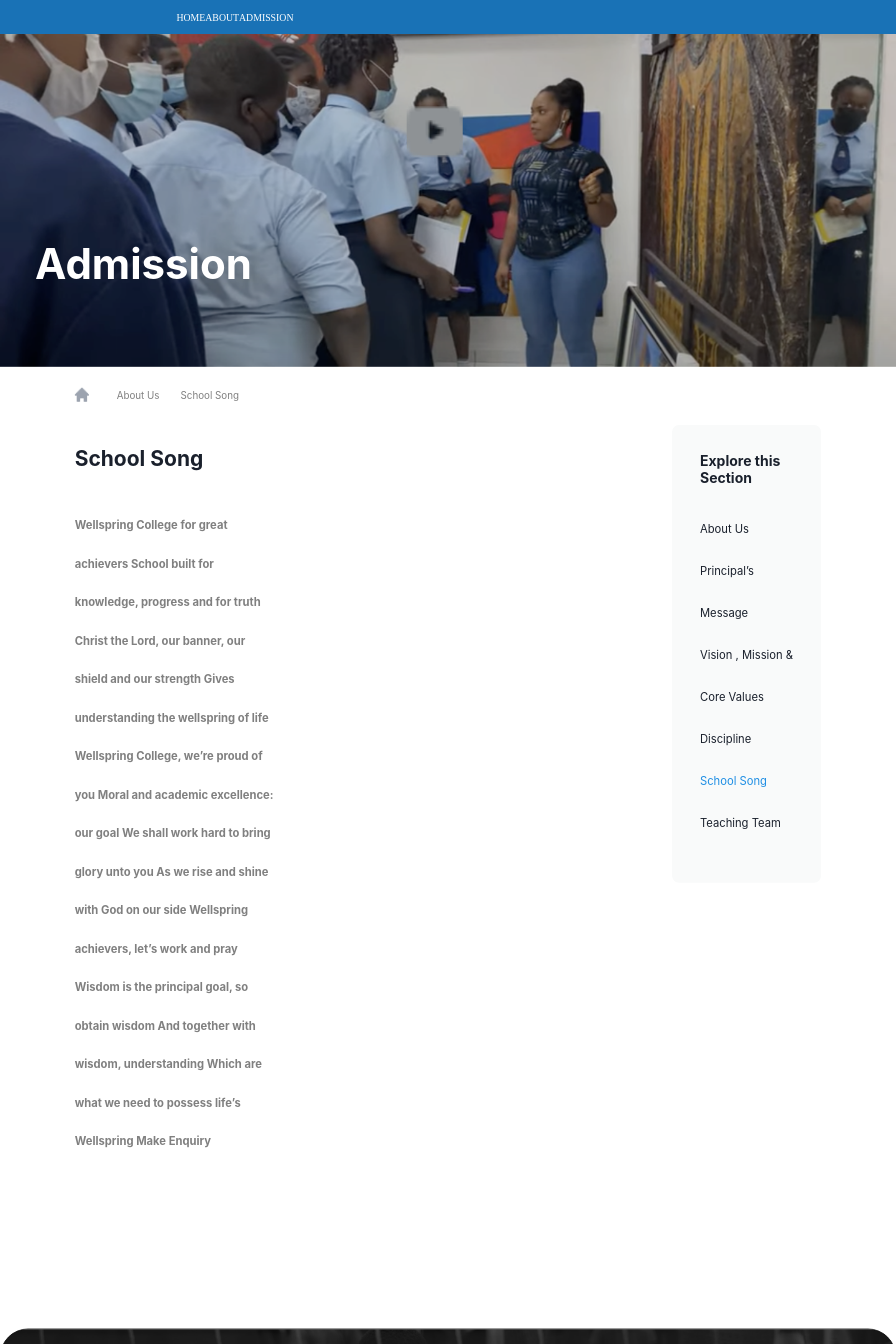
Repository: gr8skills/wellspring-school-forked
Page: /admission
The author's editor kept a copy of each file at every save. The page is drawn from the files as they stood at one save, then again after the next save.
The browser window is 1280 px wide. The pictures show the part of the page from y = 0 to 1920 px (the page is 2784 px tall), at 70% of full size.
The project was rebuilt for these pictures with package versions that can differ from the ones it lists, and the page was loaded fresh each time. Also part of the build but not shown: src/components/Navbar/Dropdown.scss, src/components/Navbar/Dropdown.js, src/components/Testimonials/Testimonials.js, src/components/Calendar/Calendar.js, src/components/News/News.js, src/components/WhyWellspring/_why-wellspring.scss, src/components/WhyWellspring/WhyWellspring.js, src/components/AppTab/AppTab.js and 9 more.

Above is the page before, as saved 2022-12-06 17:36:07.

### src/index.css
body {
  /* margin: 0;
  font-family: -apple-system, BlinkMacSystemFont, 'Segoe UI', 'Roboto', 'Oxygen',
    'Ubuntu', 'Cantarell', 'Fira Sans', 'Droid Sans', 'Helvetica Neue',
    sans-serif;
  -webkit-font-smoothing: antialiased;
  -moz-osx-font-smoothing: grayscale; */
}

/* code {
  font-family: source-code-pro, Menlo, Monaco, Consolas, 'Courier New',
    monospace;
} */

### src/App.css
body{
}

.App {
  text-align: center;
    background-color:black;

}

.App-logo {
  height: 40vmin;
  pointer-events: none;
}

@media (prefers-reduced-motion: no-preference) {
  .App-logo {
    animation: App-logo-spin infinite 20s linear;
  }
}


@keyframes App-logo-spin {
  from {
    transform: rotate(0deg);
  }
  to {
    transform: rotate(360deg);
  }
}

### src/pages/Admission/Admission.js
import Banner from "../../assets/admission.png";
import Home from "../../assets/home.png";
import VideoIcon from "../../assets/vid.png";

import Dot from "../../assets/yellow.png";
import { Heading } from "@chakra-ui/react";
import { Link } from "react-router-dom";

import "./_admission.scss";
import { StayConnected } from "../../components/StayConnected/StayConnected";
export const Admission = () => {
  return (
    <>
      <div className="col-md-12 holder">
        <img className="col-md-12 imgCaro" src={Banner} alt="Scholar" />
        <div className="overlay">
          <div className="videoIcon">
            {" "}
            <img className="col-md-1" src={VideoIcon} alt="Scholar" />
          </div>
          <Heading size="3xl">Admission</Heading>
        </div>
      </div>
      <div className="flexy breadcrumb">
        <div className="col-md-1">&nbsp;</div>
        <a href="#">
          <img className="col-md-12 home-icon" src={Home} alt="Scholar" />
        </a>
        <p>About Us</p>
        <p>School Song</p>
      </div>
      <div className="col-md-12 flexy school-song">
        <div className="col-md-1">&nbsp;</div>
        <div className="page-body col-md-8 ">
          <div className="col-md-4">
            <Heading size="lg" mb="50px" mt="30px">
              School Song
            </Heading>
            <p style={{ lineHeight: "55px" }}>
              Wellspring College for great achievers School built for knowledge,
              progress and for truth Christ the Lord, our banner, our shield and
              our strength Gives understanding the wellspring of life Wellspring
              College, we’re proud of you Moral and academic excellence: our
              goal We shall work hard to bring glory unto you As we rise and
              shine with God on our side Wellspring achievers, let’s work and
              pray Wisdom is the principal goal, so obtain wisdom And together
              with wisdom, understanding Which are what we need to possess
              life’s Wellspring Make Enquiry
            </p>
          </div>
        </div>
        <div className="col-md-2 side-menu">
          <Heading size="md" mb="30px">
            Explore this Section
          </Heading>

          <ul className="list-unstyled">
            <li>
              <Link to={"/about-us"}>About Us</Link>
            </li>
            <li>
              <Link to={"/proprietor-message"}> Principal’s Message</Link>
            </li>
            <li>
              <Link to={"/vision"}>Vision , Mission & Core Values</Link>
            </li>
            <li>
              <Link to={"/discipline"}>Discipline</Link>
            </li>{" "}
            <li className="active">
              <Link to={"/school-song"}>School Song</Link>
            </li>{" "}
            <li>
              <Link to={"/teaching-team"}>Teaching Team</Link>
            </li>
          </ul>
        </div>
      </div>

      <StayConnected />
    </>
  );
};

### src/components/Navbar/NavBar.module.css


.navCont{
    position: relative;
    /* display: flex; */
    width:25%;
    /* justify-content: space-between; */
    /* margin: 0 auto; */
    /* max-height: 5rem; */
    padding-left:220px;

}

.nav-links{
    font-size:10px !important;
}


.imgCont{
    position: relative;
}

/* .imgContent{
    position: absolute;
    z-index: 1;
    height: 6vw;

} */

/* .btnPortal{
    background-color: #4CA14900;
    color: #fff;
    height: 2.5rem;
    width: 7rem;
    font-size: 18px;
    border-radius: 5px;
    position: relative;
    outline: 0;
    border: 0;
    transition: 1.5s scale linear;
} */

/* .btnPortal:focus{
    outline: 0;
    border: 0;
} */

/* .btnPortal:hover{
    transform: scale(1.02);
    background-color: #4CA149CF;
} */

/* .fIcon{
    width: 30px;
    height: 30px;
    padding: 5px 5px;
    transform: translate(-6px, -1px);
} */

/* @media screen and (max-width: 960px) {
    .navCont{
        position: relative;
        display: flex;
        width: 100%;
        justify-content: space-between;
        margin: 0 auto;
        max-height: 5rem;

    }

    .imgContent{
        position: absolute;
        z-index: 1;
        height: 16vw;

    }

}


 */

### src/components/Navbar/_navbar.scss
@import "../../variables";





.navContainer{
    background:$themecolor;
    min-height: 3rem;
    position: fixed;
    z-index: 1;
    right: 0;
    width: 100%;
    top: 0;
    @media screen and (max-width:620px){
        display:none;
    }
}


.nav-list{
    display: flex;
    max-width: 70%;
    width: 70%;
    justify-content: space-between;
    list-style: none;
    color: #fff;
    font-family: monserat;
    transform: translateY(54%);
    margin: 0 !important;
}

.nav-list li{
    line-height: 25px;
    text-align: center;
    margin: 0;
    font-size: 14px;

}

/* .nav-list li a{
    color: #fff;
} */


.nav-item {
    height: auto;
    justify-content: center;
    display: flex;
}

.menu-icon{
    display: none;
}




.nav-links {
    color: #fff;
    display: flex;
    align-items: center;
    text-decoration: none;
    height: 100%;
    transition: all 0.2s ease-out;

}

.nav-links:hover {
    background-color: #fff;
    text-decoration: none;
    // padding:5px;
    color:$themecolor;
}


@media screen and (max-width: 600px) {
    .ph{
        display: none;
    }

@media screen and (max-width: 960px) {
    .nav-list{
        display: none;
    }
}

    .menu-icon{
        display: block;
    }

    .nav-list{
        display: flex;
        flex-direction: column;
        position: absolute;
        height: 42rem;
        width: 100%;
        max-width: 100% !important;
        top: 48px;
        transform: translateY(4%);
        /* z-index: 999; */
        opacity: 1;
        right: -100%;
        transition: all .5s linear;
    background-color: #4CA149;

    }
.mainMenu li a{
    line-height:20px !important;

}
    .nav-list.active{
        transition: all 0.3s ease-out;
        visibility: visible;
        transition: all .5s linear;
        right: 0;
        /* z-index: 1; */
    }

    .nav-list.active li {
        font-size: 4vw;
        position: relative;
        margin: 30px 0;
    }


    .fa-times{
        position: relative;
        float: right;
        width: 100%;
    }

    .fa-times, .fa-bars{
        font-size: 40px;
        color: #feed00;
        transition: all 1.5ms linear;
        transform: translate(-29px, 17px);

    }
.nav-links{
    display:none;
}
}




@media screen and (min-width: 960px) {
    .wrapper{
        display:none;
    }
}



/*for sidenav*/




.ph:hover{
    background-color:rgb(255, 165, 0) !important;
    opacity:1 !important
}
.wrapper{
    position: absolute;
    top: 50%;
    left: 50%;
    transform: translate(-50%, -50%);

}
.mainMenu{
    width: 250px;
    display: block;
    border-radius: 10px;
    overflow: hidden;
}
.mainMenu a{
  font-size:20px !important;
  font-weight:bold !important;
      font-family: monserat;
      /* margin-bottom:-20px; */
}
.item{
    border-top: 1px solid orange;
    overflow: hidden;
margin: top 0;
line-height: 20px !important;
}
.btn{
    display: block;
    padding: 15px 20px;
    color: #fff;
    position: relative;
    padding-left:5px !important;
    /* text-align:left !important; */

}
.btn:before{
    content: '';
    position: absolute;
    width: 0;
    height: 0;
    border-left: 8px solid transparent;
    border-right:8px solid transparent;
    /* border-top:10px solid rgba(0,128,0,0.9); */
    right: 15px;
    bottom: -10px;
    z-index: 9;

}
.btn i {
    margin-right: 7px;
    margin-left: -5px;
    font-size: 13px;
}
.subMenu{
    /* background:#A3DA8D !important; */
      overflow: hidden;
        /* background:rgba(78,161,73, 0.1)!important; */
        background:rgba(178,161,173, 0.1)!important;

    transition: max-height 0.7s;
max-height: 0;
z-index:300000000 !important;
position:relative !important;

}
.subMenu a{
    display: block;
    /* padding: 5px 10px !important; */
    color: #fff !important;
    font-size: 14px !important;
    border-bottom: 1px solid #394c7f;
    position: relative;
    margin-top:5px !important;


}
.subMenu a:before{
    content: '';
    opacity: 0;
    transition: opacity 0.3s;

}
.subMenu a:hover:before{
    content: '';
    position: absolute;
    height: 0;
    width: 6px;
    left: 0;
    top:0;
    opacity: 1;
    /* background-color: #d8d824; */
    border-top: 24px solid transparent;
    border-left: 11px solid #ffffff;
    border-bottom: 24px solid transparent;
}
.subMenu a:after{
    content: '';
    opacity: 0;
    transition: opacity 0.3s;

}
.subMenu a:hover:after{
    content: '';
    position: absolute;
    height: 0;
    width: 6px;
    right: 0px;
    top:0;
    opacity: 1;
    /* background-color: #d8d824; */
    border-top: 24px solid transparent;
    border-right: 11px solid #ffffff;
    border-bottom: 24px solid transparent;
}
.subMenu a:hover{
   background-color:orange;
    transition: all 0.3s;
    border-bottom: 2px solid #394c7f;
}
.subMenu a:last-child{
    border:none;
}
.item:target .subMenu{
    max-height: 300px;
        /* transition: max-height 0.7s !important; */

}

.login{
  background-color:#ED2f59;
  padding:5px 14px 5px 14px !important;
  border-radius:5px;
margin-right:55px;
margin-left:30px;
font-family: 'Poppins', sans-serif;

  }



.portal{
  background-color:rgb(221, 156, 35);
  /* padding:7px; */
  width:120px;
  margin-left:50px;
  border-radius:5px;
 padding:7px !important;
 font-size:5px !important;
 color:white !important;
    /* padding-bottom:6px !important; */
  margin-top:20px !important;
   font-size:11px !important;
      text-decoration: none;

  }

  .portal a{

  }

### src/components/Footer/_footer.scss
@import "../../shared-styles";
@import "../../variables";



.footer-container{
    padding:50px;
    height:fit-content;
    background-color:#F5F5F6;
    ul li{
        margin:20px;
    }
    .footer-contacts{
        img{width:30px; margin-right:20px}
        h1{margin-top:20px;
        font-size:15px;}
    }
    .footer-links{
        p{margin-top:30px;
        font-size:14px;
    color:grey;
font-weight:bold;
margin-bottom:20px;}
    }
    ol li{
       width:33px;
       img{
        width:25px !important;
        margin-top:20px;
       }
    }
    .educare{
        margin-top:20px;
        p{font-size:12px;
        color:grey;
    margin-top:10px;
margin-right:5px;}
            img{width:100px;}

    }
}

### src/pages/AboutUs/_about-us.scss
@import "../../shared-styles";
@import "../../variables";


.holder2 {
  position: relative;
  img{border-radius: 10px;}
    // background-image: url("../../assets/orange-arrow2.png");
  // background-repeat: no-repeat;
  // background-size: 60px;
  // background-position: 50% 50%;
  // position: relative;
  // z-index:10000000;
  // display:none;

}

/* Make the image to responsive */
.image {
  display: block;
  width: 100%;
  height: auto;
}

/* The overlay effect - lays on top of the container and over the image */
.overlay2 {
  position: absolute;
 bottom:134px;
  color: #f1f1f1;
  width: 60%;
  opacity:1;
  color: white;
  font-size: 27px !important;
  // padding: 40px ;
  text-align:center !important;left:10%;
  @media screen and (max-width:620px){
    left:16%;
     font-size: 30px !important;
  }



}
@media screen and (max-width:620px){
  .link-imgs{
    padding:20px;
  }
  .holder2{
        margin-top:20px;

  }.holder-up{
        margin-top:-70px;

  }
}

### src/pages/ProprietorMessage/_message.scss
@import "../../shared-styles";
@import "../../variables";


.message{
  span{color:$themecolor2;}
  strong{font-size:20px;
  color:rgb(98, 97, 97);}
  .message-paragraph{margin-left: 30px; margin-top: 98px;
  @media screen and (max-width:620px){
    margin-left: 0px;
  }
  }
  img{border-radius:10px;}
}

### src/pages/Vision/_vision.scss
@import "../../shared-styles";
@import "../../variables";


.vision{
  img{
    height:10px;
    width:10px;
    margin:17px 10px;
  }
  ul li{
   line-height:45px;
  }
  ul{
    margin-right:50px;
       margin-bottom:40px;

  }
}

### src/pages/Discipline/_discipline.scss
@import "../../shared-styles";
@import "../../variables";


.discipline{
 p{margin-bottom:140px;}
}

### src/pages/SchoolSong/_school-song.scss
@import "../../shared-styles";
@import "../../variables";


.school-song{
 p{margin-bottom:140px;
line-height: 55px;}
}

### src/pages/TeachingTeam/_teaching-team.scss
@import "../../shared-styles";
@import "../../variables";


.school-song{
 p{margin-bottom:140px;
line-height: 55px;}
}

### src/pages/Admission/_admission.scss
@import "../../shared-styles";
@import "../../variables";


.videoIcon{
    margin-left:45%;
    margin-bottom:10%;
 img{
    height:80px;
    width:80px;

 }
}

### src/_variables.scss
$themecolor:#1972B6;
$themecolor2:rgb(32,143,228);

### src/components/Testimonials/_testimonials.scss
@import "../../variables";
@import "../../shared-styles";




.testimonial{
    margin-top:100px;
    small{
font-weight:bold;}
.testimonial-massage{
 margin-top:80px;

    margin-left:60px;
    p{line-height:35px;
    margin-top:40px;
    }

}
strong{font-size:20px;
background-color:$themecolor2;
color:white;
padding:2px 7px;
margin-left: 10px;
border-radius:3px}
}
 .carousel {
    position: relative;
    z-index: 0;

}
.carousel-inner {
    position: relative;
    width: 100%;
    overflow: hidden;
          border-radius:20px !important;;

}

.carousel-indicators > button.active {
    opacity: 1;
    max-width: 14px !important;
    max-height:14px  !important;
    min-width: 14px !important;
    min-height:14px  !important;
    background-color: green !important;
    border-color: #fff !important;
    outline: none;
    border: none;
    border-radius: 7px !important;

}

.carousel-indicators button{
    max-width: 14px !important;
    max-height: 14px !important;
    min-width: 14px !important;
    min-height: 14px !important;
    margin: 3px 5px !important;
    border-radius: 7px !important;
    background-color: red!important;
    border: 1px solid #fff !important;
    transition: all .5s linear ;

}

.carousel-indicators button:focus{
        outline:0;
        border-color: #4287BD;
}
.carousel-indicators  {
    position: absolute;
    right: 0;
    bottom: 10px;
    left: 0;
    z-index: 15;
    display: flex;
    flex-direction: row;
    height: 100%;
    justify-content: center;
    padding-left: 0;
    margin-right: 0;
    margin-left: 1vw;
    list-style: none;
    outline: none;
    border: none;
}

.carousel-control-next {
 left: 9vw;
     transform: rotate(180deg);
    position: absolute;
    margin-top: 35% !important;
    justify-content: right !important;
    height: 10px;
    width: 18px !important;
    font-size: 50px;

}
.carousel-control-prev {
    left: 1.5vw;
    transform: rotate(180deg) !important;
    position: absolute;
    margin-top: 35% !important;
    justify-content: right !important;
    height: 10px;
    font-size: 50px;
    width: 20px !important;

}
.carousel-control-prev::after{
    content: url('../../assets/arrow-right.png');

    z-index: 10000000000;
    margin-right: 70px;
    width: 20px;
    height: 80px;
}
.carousel-control-next::after{
    content: url('../../assets/arrow-left.png');
    font-size: 54px;
    z-index: 1000000000000000000000000000;
    position:relative;
    right: 0 !important;
    width: 20px;
    height: 80px;

}

### src/_shared-styles.scss
@import "./variables";


@media screen and (max-width:620px){
    .flexyM{
        display:flex;
    }
    .side-menu{
        display:none !important;
    }
    .page-body{padding:20px;}
}
@media screen and (min-width:620px){
    .flexy{
        display:flex;
    }
    .spread{
        display:flex;
    }
}

.side-menu{
    height:fit-content;
    padding:40px;
    background-color:#F9FAFA;
    border-radius: 10px;
    ul li{
        line-height:60px;
       &:hover{
        color:$themecolor2 !important;
       }
    }
   .active{color:$themecolor2 !important;}
}



* {box-sizing: border-box}

/* Container needed to position the overlay. Adjust the width as needed */
.holder {
  position: relative;
  width: 100%;
}

/* Make the image to responsive */
.image {
  display: block;
  width: 100%;
  height: auto;
}

/* The overlay effect - lays on top of the container and over the image */
.overlay {
  position: absolute;
  bottom: 60px;

  color: #f1f1f1;
  width: 100%;
  opacity:1;
  color: white;
  font-size: 20px;
  padding: 50px;
  text-align:left;
}

.home-icon{
    height:20px;
    width:20px;
    margin-right:40px;
}
.breadcrumb{
margin-top:30px;
p{color:grey; font-size:14px; margin-right:30px}
}
.page-body{
  p{font-weight:700;
  color:grey;
line-height:35px}
}

### src/components/AppButton/_app-button.scss
@import "../../shared-styles";
@import "./overides";
@import "../../variables";

.app-button{
    background-color:$themecolor2;
    color:white;
    padding:10px 45px;
    font-weight:bold;
    border-radius:10px;
}

### src/components/Calendar/_calendar.scss
@import "../../shared-styles";
@import "../../variables";



.calendar-container{
            text-align:center;
border-right:solid 1px rgb(202, 200, 200);
    .calendar-box{
background-color:$themecolor2;
height:100px;
width:110px;
border-radius: 10px;
color:#fff;
    text-align: center;
    padding:10px 0;
margin-left:40px;
margin-bottom:30px;

    }
    p{
        color:grey;
        margin-top:20px;
    }
    .calendar-day{
        font-size:35px;
    }
    .calendar-description{
        font-size:20px;
        text-align:center;
    }
}

### src/components/News/_news.scss
@import "../../shared-styles";
@import "../../variables";
.news-container{
    .news-img{
     margin-bottom:40px;
     margin-top:40px;

    }
    img{
        width:100%;
        border-radius: 10px;


    }
    .news-description{
        margin-left:30px;
        h6{
            color:grey;margin-top:40px;
        }
        p{line-height: 35px;
        font-size:20px;
    }
    }
    .read-more-link{
        color:$themecolor;
        margin-top:50px;
    }
}

### src/components/AppTab/_app-tab.scss
@import "../../shared-styles";
@import "./overides";
@import "../../variables";

### src/components/Form/_form.scss
@import "../../shared-styles";
@import "../../variables";
@import "./overides";

### src/components/SearchBar/_search-bar.scss
.visually-hidden {
    clip: rect(0 0 0 0);
    clip-path: inset(50%);
    height: 1px;
    overflow: hidden;
    position: absolute;
    white-space: nowrap;
    width: 1px;
}

input{
    background-color: rgb(239, 243, 248) !important;
    padding:7px !important;
    margin-top:20px !important;border-radius: 5px !important;
}

### src/components/StayConnected/_stay-connected.scss

.connected{
    margin-top:100px;
 border:solid 1px black;
  background-image: url("../../assets/connected-bg.png");
  background-repeat: no-repeat;
  background-size: cover;
  padding: 40px 10px;
  color:white;
  border-radius:40px;
  // margin-right:30px;
  // margin-left:60px;
  text-align:center;
      .channel{
        background-color:white;
        color:black;
        padding:10px 20px;
        height:fit-content;
        border-radius: 15px;
        margin-top:40px;
      }
      img{width:70%;
    height:100%;
  border-radius:10px;
}
}

.socials{
    margin-top: 40px;
    padding-left: 40px;
    text-align:center !important;
    img{
        width:70px !important;
    }
    .linked{
        background-color:grey;
         width:100px !important;
        border-radius: 50%;
        padding:20px;
    }
}

### src/components/AppButton/_overides.scss
@import "../../variables";



.css-jut409{
    background-color:$themecolor;
    padding:100px !important;
}

### src/components/AppTab/_overides.scss
@import "../../variables";


.css-1uw5bnh{
//    box-shadow:0 0 10px 10px rgb(30,130,205);
   border:solid 10px rgb(30,130,205);
   border-radius:10px
}
.css-qycpmy{
    color:rgb(30,130,205);
    background:#fff;
    width:100%;
    border-right:solid 1px $themecolor2;
}

### src/components/Form/_overides.scss
.css-1kp110w{
    background-color:#fff !important;
    padding:30px !important;
    color:grey;
    margin-top:40px;
    border:none !important;
        box-shadow: 0 0 1px 1px #fff !important;

}

.css-1om0uuh {
      background-color:#fff !important;
    margin-top:40px;
    margin-bottom:20px;
    height:300px !important;
        box-shadow: 0 0 1px 1px #fff !important;

}

Loaded but not shown: public/index.html (common file); src/index.js (common file); src/reportWebVitals.js (common file); src/components/Navbar/Navbar.js (299 lines, source omitted); src/components/Footer/Footer.js (113 lines, source omitted); src/components/StayConnected/StayConnected.js (75 lines, source omitted); src/App.js (38 lines, source omitted); src/components/Navbar/MenuItems.js (31 lines, source omitted); src/components/SearchBar/SearchBar.js (15 lines, source omitted); src/components/AppButton/AppButton.js (9 lines, source omitted); src/pages/Home/_home.scss (321 lines, source omitted)

After the next save:
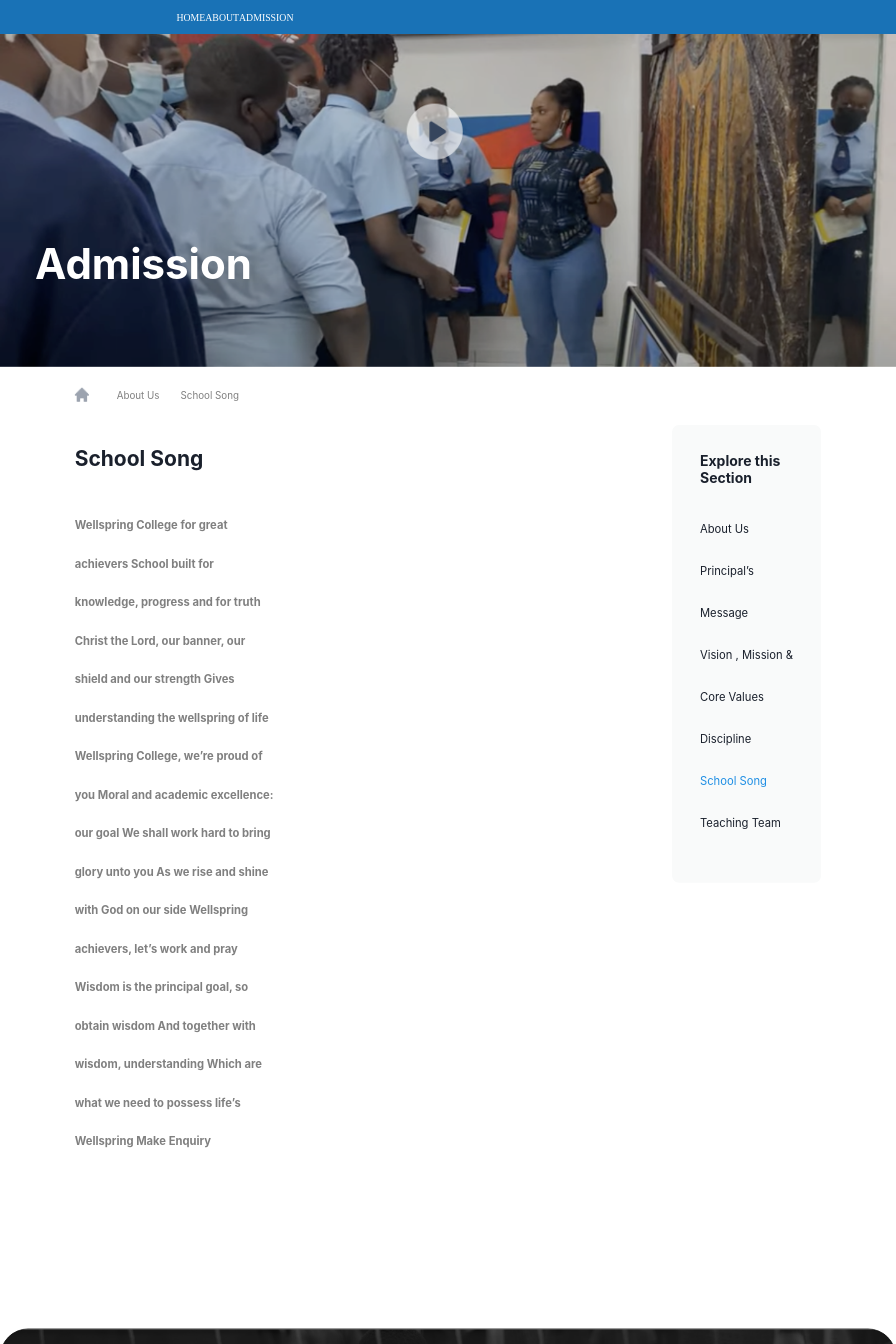
Saved 11 s later.
--- a/src/pages/Admission/Admission.js
+++ b/src/pages/Admission/Admission.js
@@ -1,6 +1,6 @@
 import Banner from "../../assets/admission.png";
 import Home from "../../assets/home.png";
-import VideoIcon from "../../assets/vid.png";
+import VideoIcon from "../../assets/vid2.png";
 
 import Dot from "../../assets/yellow.png";
 import { Heading } from "@chakra-ui/react";
